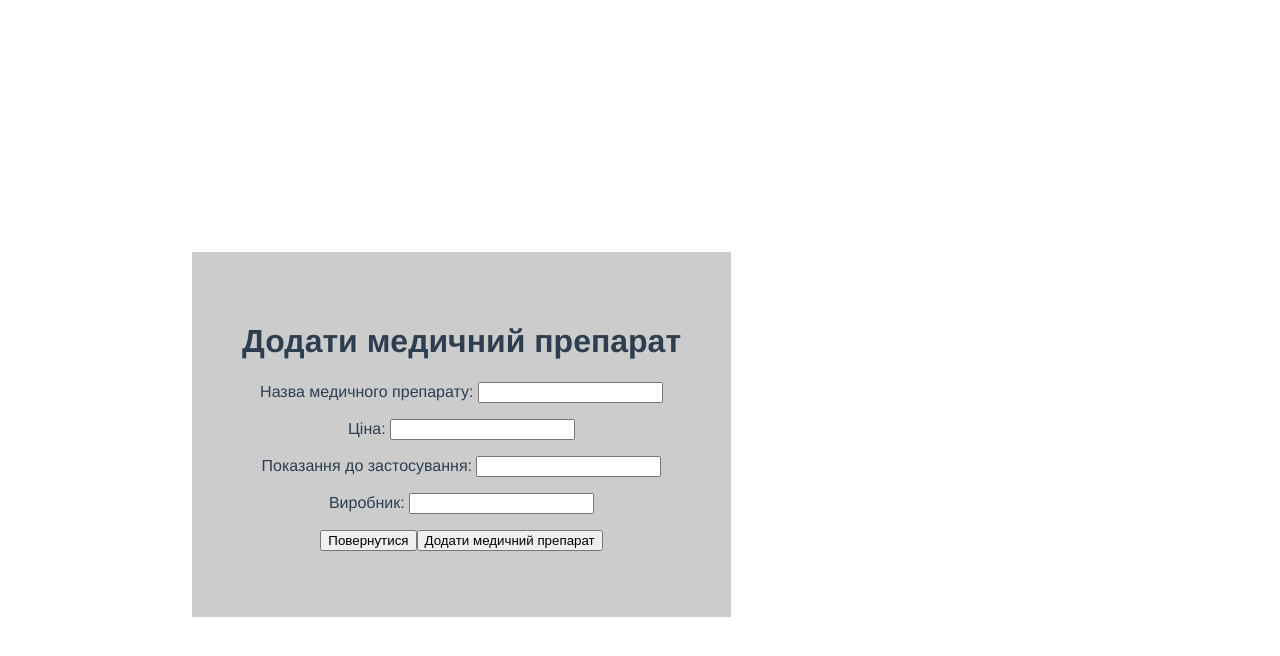
Repository: kristinap8/pharmacy
Page: /add_medicine
An editor plug-in stored every save of this project. The page is shown before and after the next save, followed by the edit.
The browser window is 1280 px wide. The pictures show the whole page.
The project was rebuilt for these pictures with package versions that can differ from the ones it lists, and the page was loaded fresh each time. Also part of the build but not shown: src/components/EditMedicineForm/index.vue, src/pages/EditMedicine/index.vue, src/components/MedicinesList/MedicineCard/index.vue, src/components/MedicinesList/index.vue, src/pages/AllMedicines/index.vue, src/components/CartForm/index.vue, src/pages/Cart/index.vue.

Above is the page before, as saved 2020-12-09 23:42:37.

### src/main.js
import Vue from 'vue'
import App from './App.vue'
import router from "./router"
import store from "./store"

Vue.config.productionTip = false

new Vue({
  store,
  router,
  render: h => h(App),
}).$mount('#app')

### src/App.vue
<template>
  <div id="app">
    <router-view/>
  </div>
</template>

<script>
export default {
  name: "App",
  components: {},
};
</script>

<style>
#app {
  font-family: Avenir, Helvetica, Arial, sans-serif;
  -webkit-font-smoothing: antialiased;
  -moz-osx-font-smoothing: grayscale;
  color: #2c3e50;
}
</style>

### src/router.js
import Vue from "vue";
import VueRouter from "vue-router";
import AddMedicine from "@/pages/AddMedicine";
import EditMedicine from "@/pages/EditMedicine";
import AllMedicines from "@/pages/AllMedicines";
import Cart from "@/pages/Cart";

Vue.use(VueRouter);

const routes=[
    {
        path:'/',
        name:'all-medicines',
        component:AllMedicines
    },
    {
        path:'/edit_medicine/:medicine_id',
        name:'edit-medicine',
        component:EditMedicine
    },
    {
        path:'/add_medicine',
        name:'add-medicine',
        component:AddMedicine
    },
    {
        path:'/cart',
        name:'cart',
        component:Cart
    },

]

const router=new VueRouter({
    mode:"history",
    routes
});

export default router;

### src/store/index.js
import Vue from "vue";
import Vuex from "vuex";
import { v4 as uuid_v4 } from 'uuid'

Vue.use(Vuex)
const store=new Vuex.Store({
    state:{
      medicinesList:[
          {
              id:1,
              name:'Но-шпа',
              price:60.48,
              requirements:"Спазми гладкої мускулатури, пов'язані з захворюваннями біліарного тракту: холецистолітіаз, холангіолітіаз, холецистит, перихолецистит, холангіт, папіліт. Спазми гладкої мускулатури при захворюваннях сечового тракту: нефролітіаз, уретролітіаз, пієліт, цистит, тенезми сечового міхура.",
              maker:"Chinoin (Угорщина)"

          },
          {
            id:2,
            name:"Діазолін",
            price:19.19,
            requirements:"Профілактика і лікування сезонного та алергічного риніту, полінозу, кропив'янки, харчової та медикаментозної алергії, дерматозів, що супроводжуються свербежем шкіри (екзема, нейродерміт).",
            maker:"Фармак ОАО (Україна, Київ)"

        },
        {
            id:3,
            name:"Амоксил",
            price:81.77,
            requirements:"Інфекції органів дихання, сечостатевої системи, травного тракту (у тому числі у комбінації з метронідазолом або кларитроміцином застосовують для лікування захворювань, асоційованих із Helicobacter pylori), шкіри та м’яких тканин, спричинені чутливими до лікарського засобу мікроорганізмами.",
            maker:"Киевмедпрепарат ОАО (Україна, Київ)"

        }
      ],
      cart:[],
      cartItemsCount:0
    },
    mutations:{
        addMedicine(state, data) {
            state.medicinesList.push({
             id: uuid_v4(),
             ...data,
           })
         },
         deleteMedicine(state,id){
             let medicines=state.medicinesList.filter(medicine=>medicine.id!=id)
             state.medicinesList=medicines;
         },
         editMedicine(state,medicine){
             state.medicinesList.forEach(m=>{
                 if(m.id==medicine.id){
                     m=medicine;
                 }
             } )
         },
         addToCart(state,medicine){
            let isMedicineExists=state.cart.find(m => m.id == medicine.id);

            if (isMedicineExists) {
                isMedicineExists.quantity ++;
                isMedicineExists.totalPrice = (isMedicineExists.quantity * isMedicineExists.price).toFixed(2);
            } else {
                state.cart.push(medicine);

                Vue.set(medicine, 'quantity', 1);
                Vue.set(medicine, 'totalPrice', medicine.price);
            }
             state.cartItemsCount++
         },
         deleteItemFromCart(state,medicine){
            let index = state.cart.indexOf(medicine);
            if (index > -1) {
                let item= state.cart[index];
                state.cartItemsCount -= item.quantity;
                state.cart.splice(index, 1);
            }
         }
    },
    actions:{
        addMedicine({ commit }, medicine) {
            commit('addMedicine', medicine)
         },
          deleteMedicine({commit},id){
              commit('deleteMedicine',id)
          },
          editMedicine({commit},medicine){
              commit('editMedicine',medicine)
          },
          addToCart({commit},medicine){
              commit('addToCart',medicine)
          },
          deleteItemFromCart({commit},medicine){
              commit("deleteItemFromCart",medicine)
          }

    },
    getters:{
        getMedicines:(state)=> state.medicinesList,
        getMedicineById:(state)=>(id)=>{return state.medicinesList.find(m=>m.id===id)},
        getMedicinesInCart:(state)=>state.cart,
     },
    modules:{

    }
})

export default store

### src/pages/AddMedicine/index.vue
<template>
    <div>
       <add-medicine-form/>
    </div>
</template>

<script>
import AddMedicineForm from "../../components/AddMedicineForm"
    export default {
        name:"AddMedicine",
        components: {
            AddMedicineForm,
        },
    }
</script>

<style lang="scss" scoped>

</style>

### src/components/AddMedicineForm/index.vue
<template>
    <div class="form">
        <h1>Додати медичний препарат</h1>
      <p class="form-row">
    <label>
        Назва медичного препарату:
        <input type="text" v-model="name"/>
    </label>
    </p>
    <p class="form-row">
    <label>
        Ціна:
        <input type="number" v-model="price"/>
    </label>
    </p>
    <p class="form-row">
    <label>
        Показання до застосування:
        <input type="text" v-model="requirements"/>
    </label>
    </p>
    <p class="form-row">
    <label>
        Виробник:
        <input type="text" v-model="maker"/>
    </label>
    </p>
    <p>
    <router-link to="/" tag="button" >Повернутися</router-link>
    <button @click="onAddMedicine" >
        Додати медичний препарат
    </button>
    </p>
    </div>
</template>

<script>
import { mapActions } from 'vuex'

    export default {
        name:"AddMedicineForm",
        data() {
            return {
            name: null,
            price: null,
            requirements: null,
            maker: null,
            }
        },
        methods: {
            ...mapActions(['addMedicine']),
            onAddMedicine() {
                const{name,price,requirements,maker}=this
                this.addMedicine({
                    name,
                    price,
                    requirements,
                    maker
                })
                this.$router.push('/')
            }
        },
    }
</script>

<style lang="scss" scoped>
.form{
    text-align: center;
    padding: 50px;
    background: #ccc;
    position: fixed;
    top: 35%; left: 15%;

}


</style>

Loaded but not shown: public/index.html (common file)

After the next save:
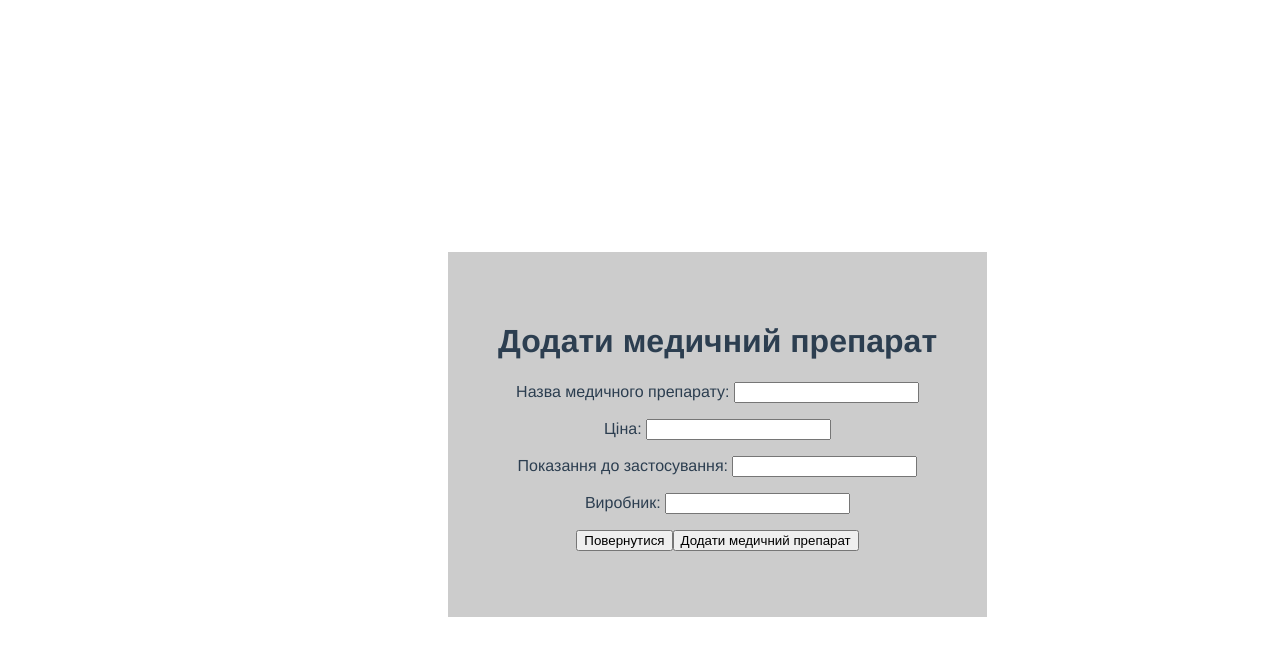
Saved 10 s later.
--- a/src/components/AddMedicineForm/index.vue
+++ b/src/components/AddMedicineForm/index.vue
@@ -69,7 +69,7 @@ import { mapActions } from 'vuex'
     padding: 50px;
     background: #ccc;
     position: fixed;
-    top: 35%; left: 15%;
+    top: 35%; left: 35%;
 
 }
 
